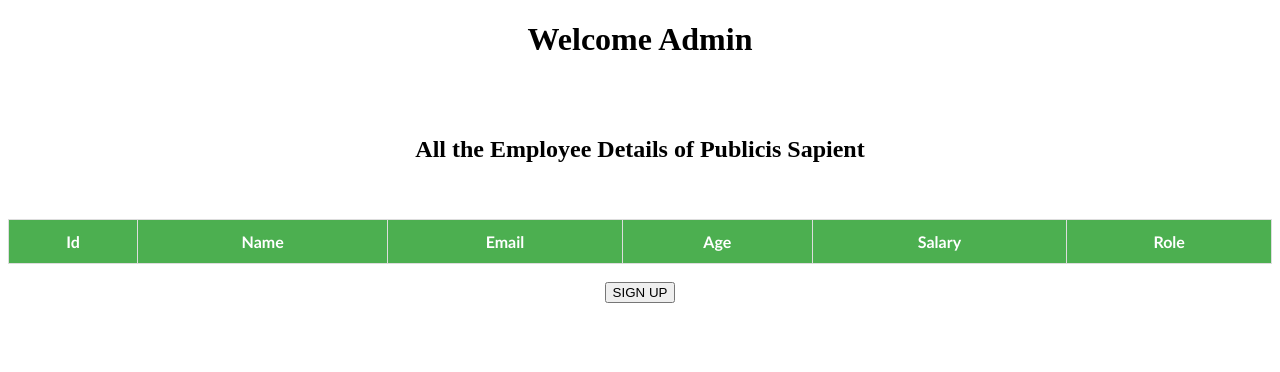
Repository: elizasharon/sprint-3-back-end
Page: http://localhost/SpringMVC2.0/WEB-INF/views/admin.jsp
The author's editor kept a copy of each file at every save. The page is drawn from the files as they stood at one save, then again after the next save.
The browser window is 1280 px wide. The pictures show the whole page.
The page is served by Tomcat 9. Nobody is signed in. The template is opened directly, without the code that normally fills it, so the values that code supplies are empty.

Above is the page before, as saved 2019-07-17 03:57:36.

After the next save:
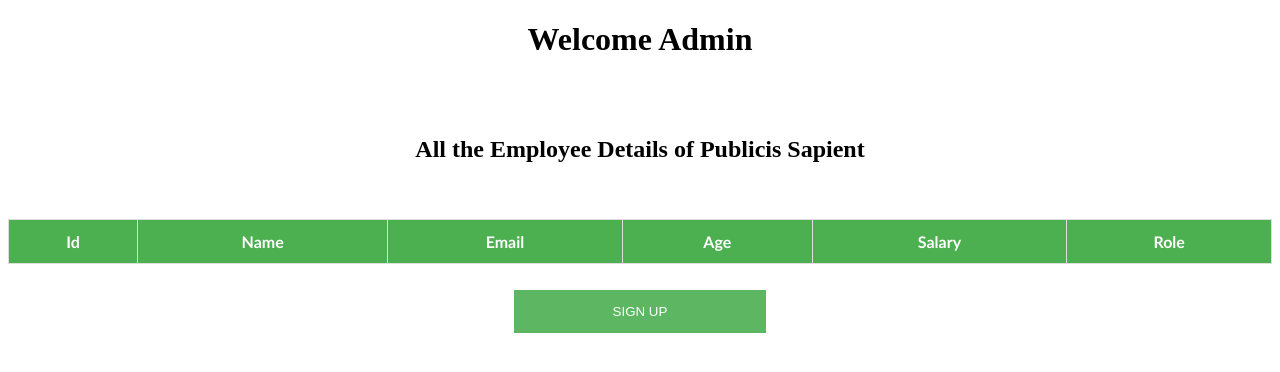
Saved 30 s later.
--- a/Java_Eclipse_Workspace/SpringMVC2.0/src/main/webapp/WEB-INF/views/admin.jsp
+++ b/Java_Eclipse_Workspace/SpringMVC2.0/src/main/webapp/WEB-INF/views/admin.jsp
@@ -6,6 +6,45 @@
 <meta charset="UTF-8">
 <title>Admin Page</title>
 <style>
+/* Set a style for all buttons */
+button {
+text-align:center;
+  background-color: #4CAF50;
+  color: white;
+  padding: 14px 20px;
+  margin: 8px 0;
+  border: none;
+  cursor: pointer;
+  width: 100%;
+  opacity: 0.9;
+}
+
+button:hover {
+  opacity:1;
+}
+
+/* Extra styles for the cancel button */
+.cancelbtn {
+  padding: 14px 20px;
+  background-color: #f44336;
+}
+
+/* Float cancel and signup buttons and add an equal width */
+.cancelbtn, .signupbtn {
+  width: 20%;
+}
+
+/* Add padding to container elements */
+.container {
+  padding: 16px;
+}
+
+/* Clear floats */
+.clearfix::after {
+  content: "";
+  clear: both;
+  display: table;
+}
 #employee {
   font-family: "Trebuchet MS", Arial, Helvetica, sans-serif;
   border-collapse: collapse;
